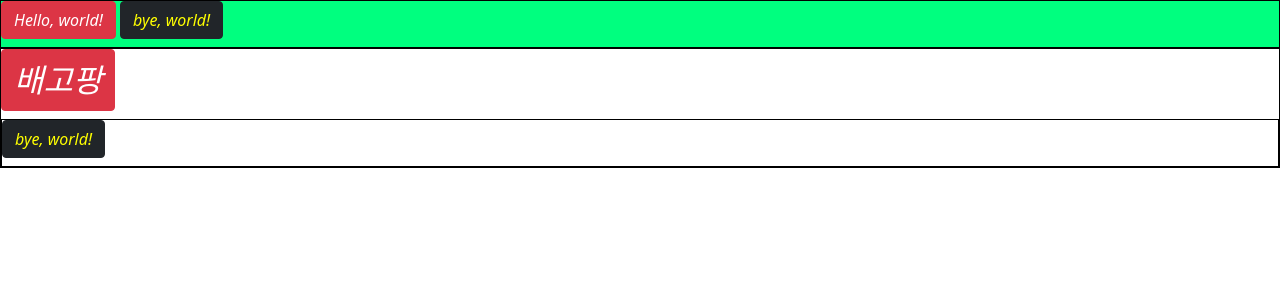
Repository: jaunnnngs/HackaTone
Page: http://localhost/StunProjects/
The author's editor kept a copy of each file at every save. The page is drawn from the files as they stood at one save, then again after the next save.
The browser window is 1280 px wide. The pictures show the whole page.
The page is served by Tomcat 9. Other server files are loaded and not shown.

Above is the page before, as saved 2021-07-20 01:46:41.

### STUN_TEAM/StunProjects/src/main/webapp/index.jsp
<%@ page language="java" contentType="text/html; charset=UTF-8"
    pageEncoding="UTF-8"%>
<!doctype html>
<html lang="en">
  <head>
    <!-- Required meta tags -->
    <meta charset="utf-8">
    <meta name="viewport" content="width=device-width, initial-scale=1">

    <!-- Bootstrap CSS -->
    <link href="https://cdn.jsdelivr.net/npm/bootstrap@5.0.2/dist/css/bootstrap.min.css" rel="stylesheet" integrity="sha384-EVSTQN3/azprG1Anm3QDgpJLIm9Nao0Yz1ztcQTwFspd3yD65VohhpuuCOmLASjC" crossorigin="anonymous">

    <title>Hello, world!</title>

    <style>
    #hello /*아이디 설정  */
    {
    	color:white;
    }
    #bye
    {
    	color:yellow;
    }
    .btn/*클래스 설정  */
    {
    	font-style : italic
    }
    div.ldj
    {
    	background : springgreen
    }
    div
    {
    	border : 1px solid black
    }
    .lng>h1
    {
    	font-size:xx-large
    }
    .lng h1
    {

    }
    </style>
  </head>
  <body>
    <div class ="ldj">
    <h1 id="hello" class = "btn btn-danger">Hello, world!</h1>
    <h1 id="bye" class = "btn btn-dark">bye, world!</h1>
    </div>
    <div class ="lng">
    <h1 id="hello" class = "btn btn-danger">배고팡</h1>
    <div>
            <h1 id="bye" class = "btn btn-dark">bye, world!</h1>
        </div>
    </div>
    <!-- Optional JavaScript; choose one of the two! -->

    <!-- Option 1: Bootstrap Bundle with Popper -->
    <script src="https://cdn.jsdelivr.net/npm/bootstrap@5.0.2/dist/js/bootstrap.bundle.min.js" integrity="sha384-MrcW6ZMFYlzcLA8Nl+NtUVF0sA7MsXsP1UyJoMp4YLEuNSfAP+JcXn/tWtIaxVXM" crossorigin="anonymous"></script>

    <!-- Option 2: Separate Popper and Bootstrap JS -->
    <!--
    <script src="https://cdn.jsdelivr.net/npm/@popperjs/core@2.9.2/dist/umd/popper.min.js" integrity="sha384-IQsoLXl5PILFhosVNubq5LC7Qb9DXgDA9i+tQ8Zj3iwWAwPtgFTxbJ8NT4GN1R8p" crossorigin="anonymous"></script>
    <script src="https://cdn.jsdelivr.net/npm/bootstrap@5.0.2/dist/js/bootstrap.min.js" integrity="sha384-cVKIPhGWiC2Al4u+LWgxfKTRIcfu0JTxR+EQDz/bgldoEyl4H0zUF0QKbrJ0EcQF" crossorigin="anonymous"></script>
    -->
  </body>
</html>

After the next save:
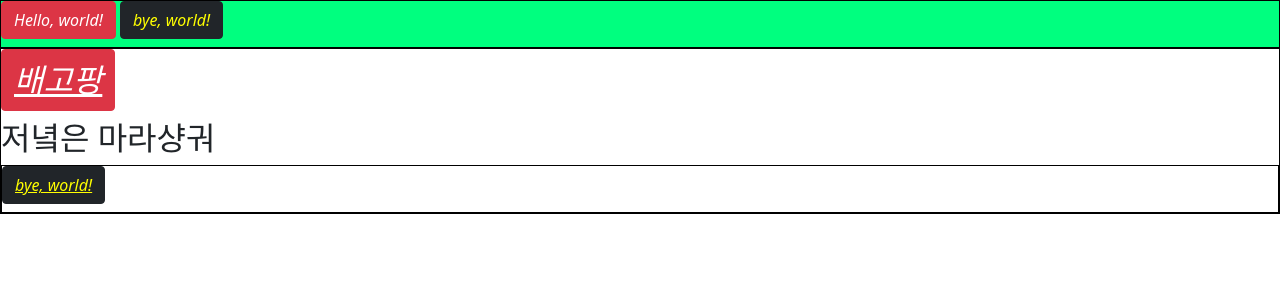
Saved 55 s later.
--- a/STUN_TEAM/StunProjects/src/main/webapp/index.jsp
+++ b/STUN_TEAM/StunProjects/src/main/webapp/index.jsp
@@ -39,7 +39,7 @@
     }
     .lng h1
     {
-
+    	text-decoration : underline
     }
     </style>
   </head>
@@ -50,9 +50,10 @@
     </div>
     <div class ="lng">
     <h1 id="hello" class = "btn btn-danger">배고팡</h1>
+    <h2> 저녘은 마라샹궈</h2>
     <div>
-            <h1 id="bye" class = "btn btn-dark">bye, world!</h1>
-        </div>
+    <h1 id="bye" class = "btn btn-dark">bye, world!</h1>
+    </div>
     </div>
     <!-- Optional JavaScript; choose one of the two! -->
 
